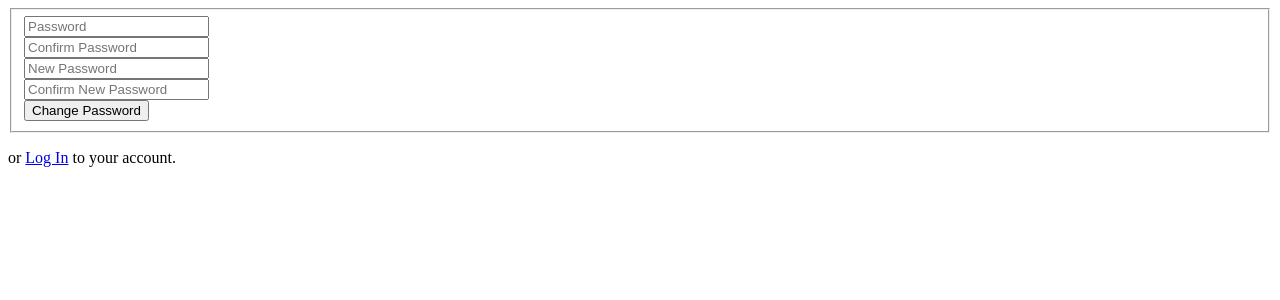
Repository: JayWelborn/CS50x-archive
Page: http://localhost/week8/pset7/views/password_form.php
The author's editor kept a record of every edit. The page is drawn from the files as they stood at one moment, then again after the next edit.
The browser window is 1280 px wide. The pictures show the whole page.
The page is run by PHP 8.4 with error messages shown; the project is at /var/www/html/.

Above is the page before.

After the next edit:
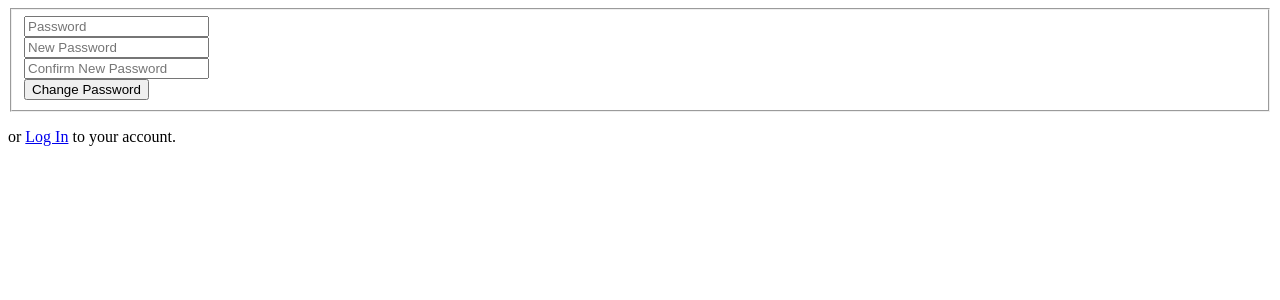
The edit:
--- a/workspace/week8/pset7/views/password_form.php
+++ b/workspace/week8/pset7/views/password_form.php
@@ -2,9 +2,6 @@
     <fieldset>
         <div class="form-group">
             <input class="form-control" name="password" placeholder="Password" type="password"/>
-        </div>
-        <div class="form-group">
-            <input class="form-control" name="confirmation" placeholder="Confirm Password" type="password"/>
         </div>
         <div class="form-group">
             <input class="form-control" name="new_password" placeholder="New Password" type="password"/>
